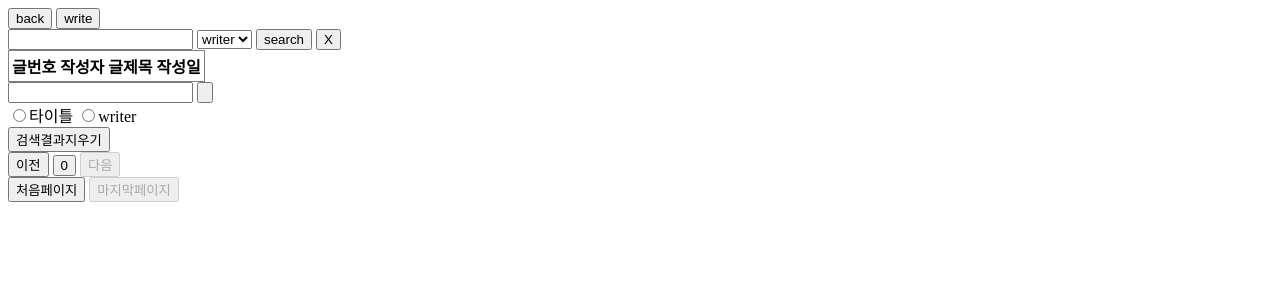
Repository: phoresis92/KITRI-spring
Page: http://localhost/springWeb/WEB-INF/views/board/list.jsp
The author's editor kept a copy of each file at every save. The page is drawn from the files as they stood at one save, then again after the next save.
The browser window is 1280 px wide. The pictures show the whole page.
The page is served by Tomcat 9. Nobody is signed in. Other server files are loaded and not shown. The template is opened directly, without the code that normally fills it, so the values that code supplies are empty.

Above is the page before, as saved 2019-01-28 05:45:24.

### springWeb/src/main/webapp/WEB-INF/views/board/list.jsp
<%@page import="com.kitri.app1.board.Article"%>
<%@page import="java.util.ArrayList"%>
<%@ page language="java" contentType="text/html; charset=UTF-8"
    pageEncoding="UTF-8"%>
<%@ taglib prefix="c" uri="http://java.sun.com/jsp/jstl/core"%>
<%@ taglib uri="http://java.sun.com/jsp/jstl/functions" prefix="fn" %>
<!DOCTYPE html>
<html>
<head>
<meta charset="UTF-8">
<title>Insert title here</title>

<c:set var="list" value="${ list }" />
<%

	ArrayList<Article> list = (ArrayList) request.getAttribute("list");


%>

<script src="https://ajax.googleapis.com/ajax/libs/jquery/3.3.1/jquery.min.js"></script>
<script>


function search(){

	if($('#key').val() == ''){
		alert('검색어를 입력하세요!');
		return;
	}

	var what = $('#what').val();
	var ur = '';
	if(what== 'writer'){
		ur = 'http://localhost/app1/board/search/writer';
	}else if(what == 'title'){
		ur = 'http://localhost/app1/board/search/title';
	}

	$.ajax({
		'type': 'post',
		'url': ur,
		data:{
			key: $('#key').val()
		},
		success: function(data){

			var list = JSON.parse(data);
			//console.log(list);
			$('#list').empty();
			$('#paging').empty();
			for(var a in list){
				//console.log(list[a]);
				$('<tr class="pre_view" num="'+list[a].num+'"></tr>').attr('id',list[a].num).appendTo($('#list'));
				$('<td></td>').text(list[a].num).appendTo($('#'+list[a].num+''))
				$('<td></td>').text(list[a].writer).appendTo($('#'+list[a].num+''))
				$('<td></td>').attr('id',list[a].num+'aa').appendTo($('#'+list[a].num+''))
				$('<a></a>').attr('href','http://localhost/app1/board/detail?bnum='+list[a].num).text(list[a].title).appendTo($('#'+list[a].num+'aa'))
				$('<td></td>').text(list[a].w_date).appendTo($('#'+list[a].num+''))

			}


		}
	})//ajax end
}//search end


function btnX(){

	window.location.reload();

}

var cursorX;
var cursorY;
document.onmousemove = function(e){
    cursorX = e.pageX;
    cursorY = e.pageY;
}


/* setInterval(checkCursor, 1000);
function checkCursor(){
    console.log("Cursor at: " + cursorX + ", " + cursorY);
} */

$(document).ready(function(){

	$('.pre_view').mouseover(function(){
		var num = $(this).attr('num');
		var param = "num="+num;
		$.ajax({
			type: 'POST',
			url: '${ pageContext.request.contextPath}/board/getArticle',
			data: param,
			success: function(data){
				console.log(data);
				var obj = eval('('+data+')');
				var str = "";
				str += "num: "+obj.num;
				str += "<br/>writer: "+obj.writer;
				str += "<br/>w_data: "+obj.w_date;
				str += "<br/>title: "+obj.title;
				str += "<br/>content: "+obj.content;
				$('#pre_view_result').html(str);
				$('#pre_view_result').css("left",cursorX);
				$('#pre_view_result').css("top",cursorY);
				$('#pre_view_result').css("display","block");


			}
		});

	})//mouseover
	$('.pre_view').mouseout(function(){
		$('#pre_view_result').html('');
		$('#pre_view_result').css('display',"none");
	})




	//==============================================================================

		$('#search').click(function(){
		var w = $('#word').val();
		var type = $('input:radio[name="fruit"]:checked').val();
		var param = "type="+type+"&word="+w;
		console.log(param)
		$.ajax({
			type: 'POST',
			url: '${ pageContext.request.contextPath}/board/getJsonList',
			data: param,
			success: function(data){
				console.log(data);
				var obj = eval('('+data+')');
				var str = "<table border= '1'";
				str += "<tr><td>num</td><td>title</td><td>writer</td></tr>"
				for(i=0; i< arr.length; i++){
					str+= "<tr>";
					str+= "<td>"+arr[i].num+"</td>";
					str+= "<td>"+arr[i].title+"</td>";
					str+= "<td>"+arr[i].writer+"</td>";
					str+= "</tr>";

					$('#resultList').html(str);

				}


			}
		});//ajax end

		})//click end

		$('#clear').click(function(){
			$('#resultList').html('');
		})

	//==============================================================================



})



</script>

<style>

#pre_view_result{
	position: absolute;
	display: none;
	width: 300px;
	height: 200px;
	background-color: white;
	border: 1px solid black;
}

</style>

</head>
<body >


<button onclick="location.href='http://localhost/app1/member/lobby'">back</button>

<button onclick="location.href='http://localhost/app1/board/write'" >write</button> <br>

<input id="key" type="text"  >

<select id="what" >
<option value="writer">writer</option>
<option value="title">title</option>
</select>
<button onclick="search()">search</button>
<button onclick="btnX()">X</button>

<div id="pre_view_result"></div>

<table style="border:1px solid gray">
<tr >
<th>글번호</th>
<th>작성자</th>
<th>글제목</th>
<th>작성일</th>
</tr>
<tbody id="list">
<c:choose>
<c:when test="${fn:length(list) == 0 }"></c:when>
<c:otherwise>
<c:forEach var="item" begin="${ pInfo.startNum }" end="${pInfo.endNum }" items="${ list }" >


<tr class="pre_view" num="${ item.num }">
<td>
	${item.num }
</td>
<td>
	${item.writer }
</td>
<td >
	<a href="http://localhost/app1/board/detail?bnum=${item.num }">${item.title }</a>
</td>
<td>
	${item.w_date }
</td>
</tr>
</c:forEach>
</c:otherwise>
</c:choose>
</tbody>
</table>


<input type="text" id="word">
<input type="button" id="search">
<form>
<input type="radio" name="ra" value="2">타이틀
<input type="radio" name="ra" value="1">writer
</form>
<input type="button" id="clear" value="검색결과지우기">
<div id="resultList"></div>

<div id="paging">


				<c:choose>
				<c:when test="${ pInfo.page <= 1 }">

				<button disabled="disabled">이전</button>
				</c:when>

				<c:otherwise>

				<button onclick="location='board?pnum=${pInfo.page -1 }'">이전</button>

				</c:otherwise>

				</c:choose>

				<!-- ============================================================= -->

				<c:forEach var="i" begin="${pInfo.startPage}" end="${pInfo.endPage}">

					<c:choose>
					<c:when test="${i eq pInfo.page }">

					<button disabled="disabled">${ i }</button>
					</c:when>

					<c:otherwise>

					<button onclick="location='board?pnum=${ i }'">${ i }</button>

					</c:otherwise>

					</c:choose>
				</c:forEach>

				<!-- ========================== -->



				<c:choose>

				<c:when test="${ pInfo.page >= pInfo.totalPage }">

				<button disabled="disabled">다음</button>

				</c:when>

				<c:otherwise>

				<button onclick="location='board?pnum=${pInfo.page +1}'">다음</button>

				</c:otherwise>

				</c:choose>

				<!-- =========================== -->
				<c:choose>
					<c:when test="${ pInfo.page eq 1 }">
				<div>
					<button disabled="disabled">처음페이지</button>
					<button onclick="location='./board?pnum=${pInfo.totalPage}'">마지막페이지</button>
				</div>
					</c:when>

					<c:when test="${ pInfo.page eq pInfo.totalPage }">
				<div>
					<button onclick="location='./board?pnum=1'">처음페이지</button>
					<button disabled="disabled" >마지막페이지</button>
				</div>
					</c:when>
					<c:otherwise>
				<div>
					<button onclick="location='./board?pnum=1'">처음페이지</button>
					<button onclick="location='./board?pnum=${pInfo.totalPage}'">마지막페이지</button>
				</div>
					</c:otherwise>
				</c:choose>

</div>



</body>
</html>

After the next save:
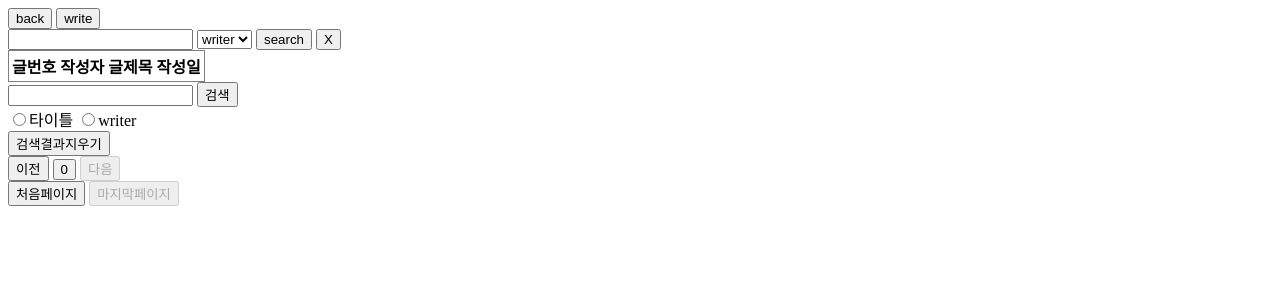
Saved 35 s later.
--- a/springWeb/src/main/webapp/WEB-INF/views/board/list.jsp
+++ b/springWeb/src/main/webapp/WEB-INF/views/board/list.jsp
@@ -236,7 +236,7 @@
 
 
 <input type="text" id="word">
-<input type="button" id="search">
+<input type="button" id="search" value="검색">
 <form>
 <input type="radio" name="ra" value="2">타이틀
 <input type="radio" name="ra" value="1">writer
